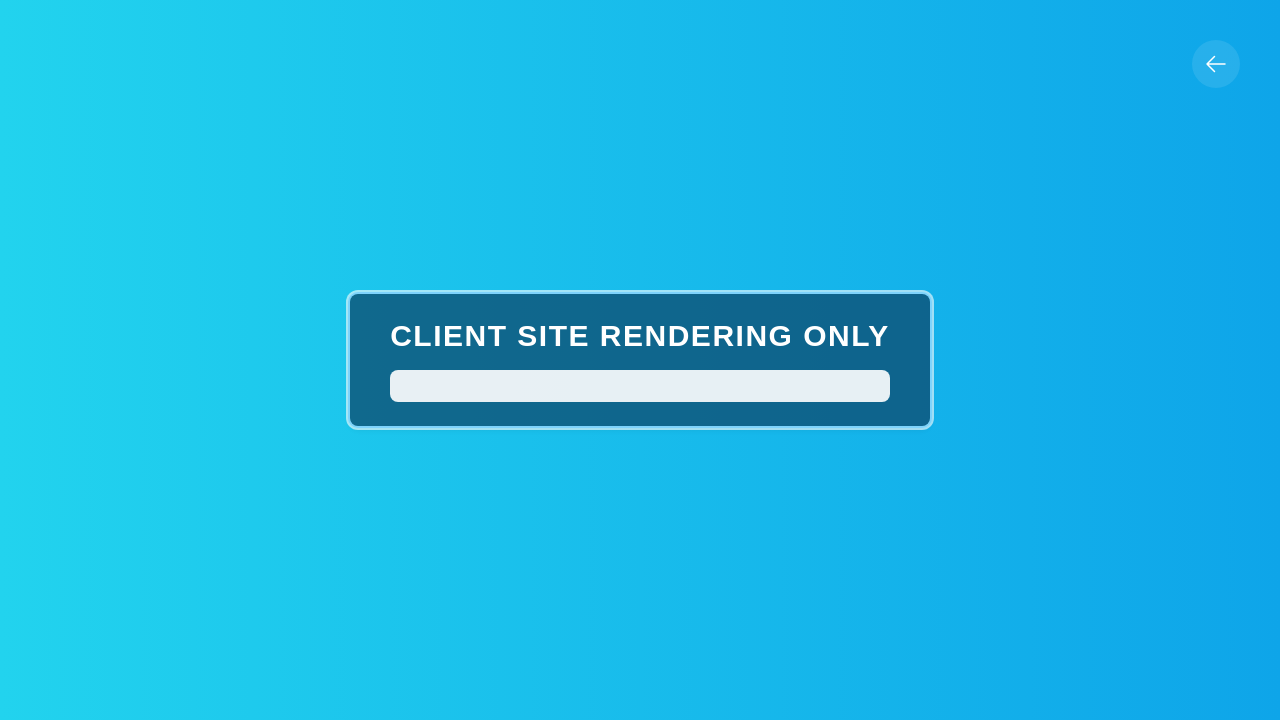
Repository: Marcus20119/Study_nextjs
Page: /CSR/CSROnly
The author's editor kept a copy of each file at every save. The page is drawn from the files as they stood at one save, then again after the next save.
The browser window is 1280 px wide. The pictures show the whole page.
The project was rebuilt for these pictures with package versions that can differ from the ones it lists, and the page was loaded fresh each time. The framework's server and built-in components were replaced by stand-ins that run in the browser. Also part of the build but not shown: next.config.js.

Above is the page before, as saved 2023-04-06 13:28:09.

After the next save:
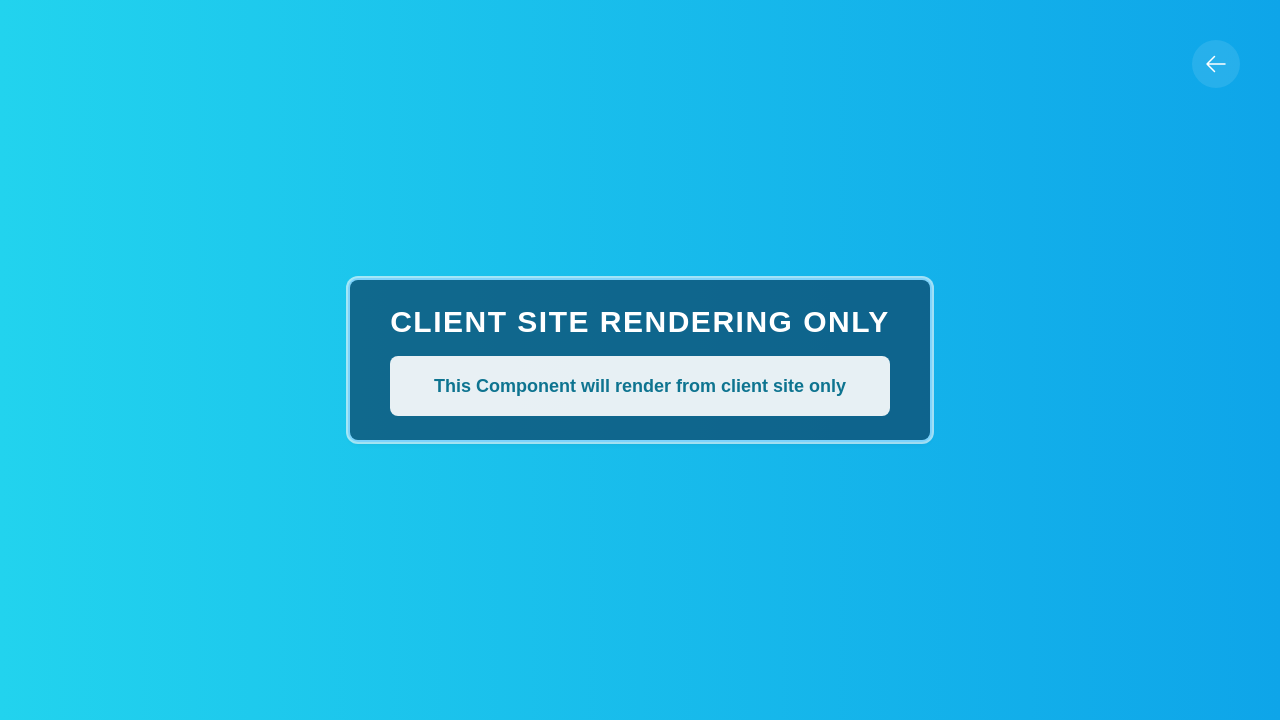
Saved 25 s later.
--- a/pages/CSR/CSROnly.tsx
+++ b/pages/CSR/CSROnly.tsx
@@ -11,7 +11,7 @@ interface ICSROnly {}
 const CSROnly: React.FC<ICSROnly> = ({}) => {
   return (
     <Container label="Client Site Rendering Only">
-      <DynamicComponentWithNoSSR />
+      <DynamicComponentWithNoSSR text="This Component will render from client site only" />
     </Container>
   );
 };
